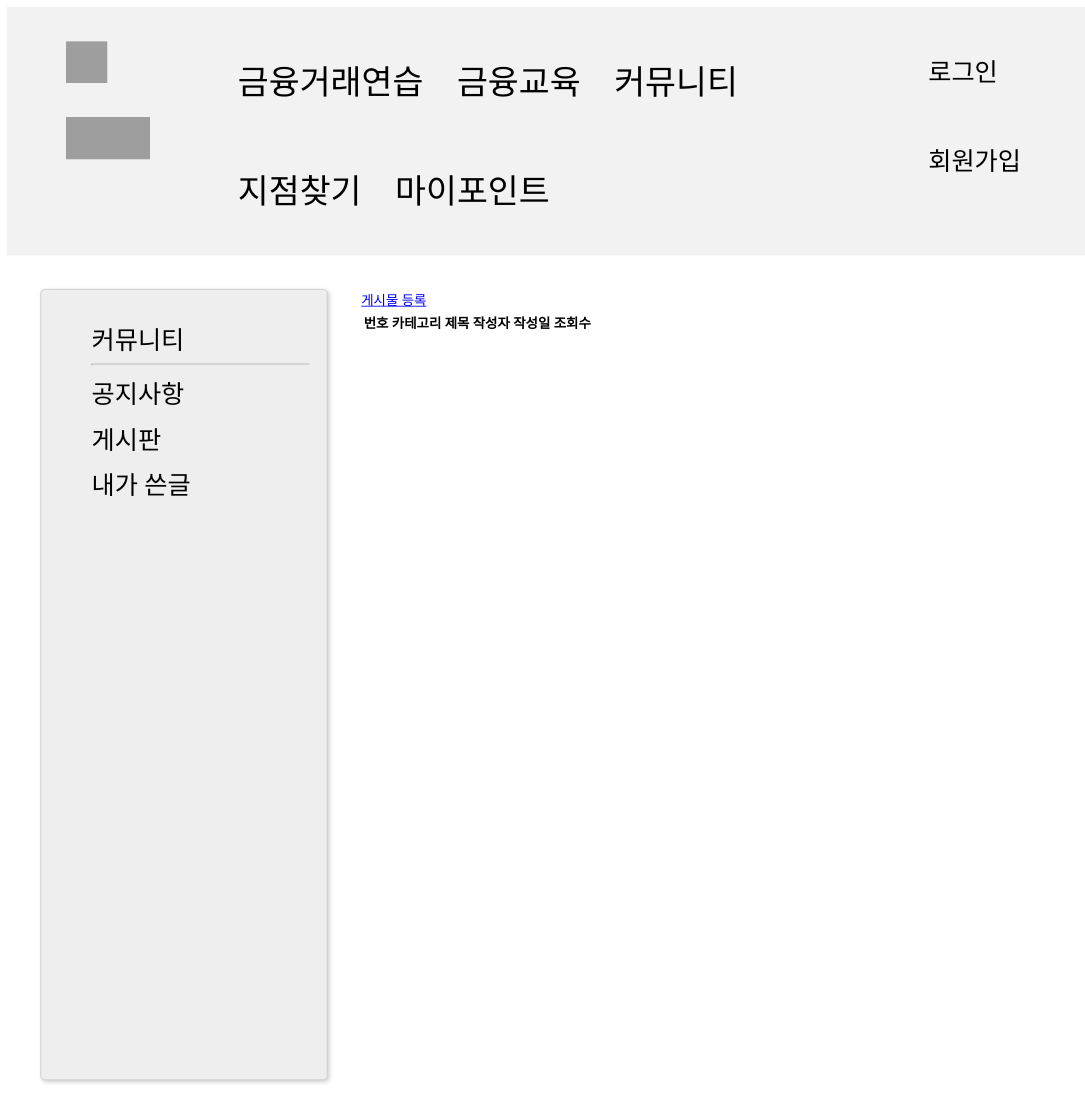
Repository: syc98syc/KB04_TeamProject
Page: http://localhost/jgig/WEB-INF/jsp/board/list.jsp
The author's editor kept a copy of each file at every save. The page is drawn from the files as they stood at one save, then again after the next save.
The browser window is 1280 px wide. The page is 1292 px wide, so the pictures cover 1292 px, including what lies to the right of the window. The pictures show the whole page, at 84% of full size.
Pictures or frames that could not be fetched are drawn as grey boxes. Some web fonts or font styles are not loaded; a fallback is used. The page is served by Tomcat 9. Nobody is signed in. Other server files are loaded and not shown. The template is opened directly, without the code that normally fills it, so the values that code supplies are empty.

Above is the page before, as saved 2023-09-06 04:42:50.

### jgig/src/main/webapp/WEB-INF/jsp/board/list.jsp
<%@ page language="java" contentType="text/html; charset=UTF-8"
    pageEncoding="UTF-8"%>
<%@ taglib uri="http://java.sun.com/jsp/jstl/core" prefix="c" %>
<!DOCTYPE html>
<html>
<head>
<meta charset="UTF-8">
<title>웹게시물 목록</title>
<style>
#content {
    flex-grow: 1; /* 남은 공간을 모두 차지하도록 설정 */
    background-color: #fff; /* 배경색 설정 */
    padding: 20px; /* 내부 여백 설정 */
    margin: 20px;
}
</style>
</head>
<body>
<%@ include file="../include/top_navbar.jsp" %>
<%@ include file="../include/left_navbar.jsp" %>
<div id="content">
	<a href="/board_insert_form">게시물 등록</a> <br>
	<table>
		<tr>
		<th>번호</th>
		<th>카테고리</th>
		<th>제목</th>
		<th>작성자</th>
		<th>작성일</th>
		<th>조회수</th>
		<c:forEach items="${board_list}" var="brd">
		<tr>
			<td>${brd.brd_id }</td>
			<td>${brd.brd_category }</td>
			<td><a href="board_detail?no=${brd.brd_id}">${brd.title}</a></td>
			<td>${brd.mem_id }</td>
			<td>${brd.brd_date_created }</td>
			<td>${brd.brd_view }</td>
		</tr>
		</c:forEach>
	</table>
</div>
</body>
</html>

### jgig/src/main/webapp/WEB-INF/jsp/include/top_navbar.jsp
<%@ page language="java" contentType="text/html; charset=UTF-8"
    pageEncoding="UTF-8"%>
<!DOCTYPE html>
<html>
<head>
<meta charset="UTF-8">
<title>Insert title here</title>
<style>
@import url('https://fonts.googleapis.com/css2?family=Nanum+Gothic+Coding:wght@700&display=swap');  /* 글꼴 */

/* 상단 메뉴 스타일 */
        #top-menu {
            background-color: #F2F2F2;
            color: #fff;
            padding: 10px;
            width: 100%;
             display: flex;
  justify-content: center;
        }


    #img1 {
		width: 7vmin;
		height: 7vmin;
	}


	#img2 {
		width: 14vmin;
		height: 7vmin;
	}

	#top-menu a {
    color: #000; /* 링크 글꼴 색상 설정 */
    text-decoration: none; /* 링크 밑줄 제거 */
}

	#top-menu ul{
		list-style: none;
	}
	#top-menu li{
		font-family: 'Nanum Gothic Coding', cursive;
		float: left;
		background: #F2F2F2;
		padding:5px 10px;
		font-size: 40px;
		margin: 10px;
	}

	#top-menu ul li a{
		line-height: 2.5;
	}

	#nav3 ul li{
		font-size:30px;
	}
</style>
</head>
<body>
	<div id = "top-menu">
		<nav id = "nav1">
				<ul>
					<li><img id="img1" src="../resources/img/KB.png"></li>
					<li><img id="img2" src="../resources/img/지금입금.png"></li>
				</ul>
		</nav id = "nav2">
		<nav>
				<ul>
					<li class="menu1"><a href="#">금융거래연습</a></li>
					<li class="menu2"><a href="#">금융교육</a></li>
					<li class="menu3"><a href="#">커뮤니티</a></li>
					<li class="menu4"><a href="#">지점찾기</a></li>
					<li class="menu5"><a href="#">마이포인트</a></li>
				</ul>
		</nav>
		<nav id = "nav3">
				<ul>
					<li class="menu6"><a href="#">로그인</a></li>
					<li class="menu7"><a href="#">회원가입</a></li>
				</ul>
		</nav>
	</div>

</body>
</html>

### jgig/src/main/webapp/WEB-INF/jsp/include/left_navbar.jsp
<%@ page language="java" contentType="text/html; charset=UTF-8"
    pageEncoding="UTF-8"%>
<!DOCTYPE html>
<html>
<head>
<meta charset="UTF-8">
<title>Insert title here</title>
<style>

@import url('https://fonts.googleapis.com/css2?family=Nanum+Gothic+Coding:wght@700&display=swap');  /* 글꼴 */
/* 좌측 사이드바 스타일 */
#sidebar {
    width: 300px; /* 박스 컨테이너의 너비 설정 */
    height: 900px; /* 박스 컨테이너의 높이 설정 */
    background-color: #eee; /* 배경색 설정 */
    color: #000; /* 글꼴 색상 설정 */
    padding: 20px; /* 내부 여백 설정 */
    border: 1px solid #ccc; /* 박스 컨테이너의 테두리 설정 */
    border-radius: 5px; /* 박스 컨테이너의 모서리를 둥글게 설정 */
    box-shadow: 2px 2px 5px rgba(0, 0, 0, 0.2); /* 그림자 효과 추가 */
    line-height: normal;
    display: inline-block;
    vertical-align: middle;
    margin: 40px;
    float: left; /*왼쪽에 떠있게*/
}

/* 좌측 사이드바 링크 스타일 */
#sidebar a {
    color: #000; /* 링크 글꼴 색상 설정 */
    text-decoration: none; /* 링크 밑줄 제거 */
}

/* 좌측 사이드바 링크 호버 스타일 */
#sidebar a:hover {
    text-decoration: underline; /* 호버 상태에서 밑줄 추가 */
}

/* 좌측 사이드바 제목 스타일 */
#sidebar
	ul{
		list-style: none;
	}
	li{
		font-family: 'Nanum Gothic Coding', cursive;
		display: block; /* 각 <li> 요소를 한 줄에 하나씩 표시 */
		background: #eee;
		font-size: 30px;
	}

	#sidebar ul li a{
		line-height: 1.8;
	}

</style>
</head>
<body>
	<div id = "sidebar">
		<nav>
				<ul>
					<li>커뮤니티</li> <hr>
					<li class="menu1"><a href="#">공지사항</a></li>
					<li class="menu2"><a href="#">게시판</a></li>
					<li class="menu3"><a href="#">내가 쓴글</a></li>
				</ul>
		</nav>
	</div>

</body>
</html>

After the next save:
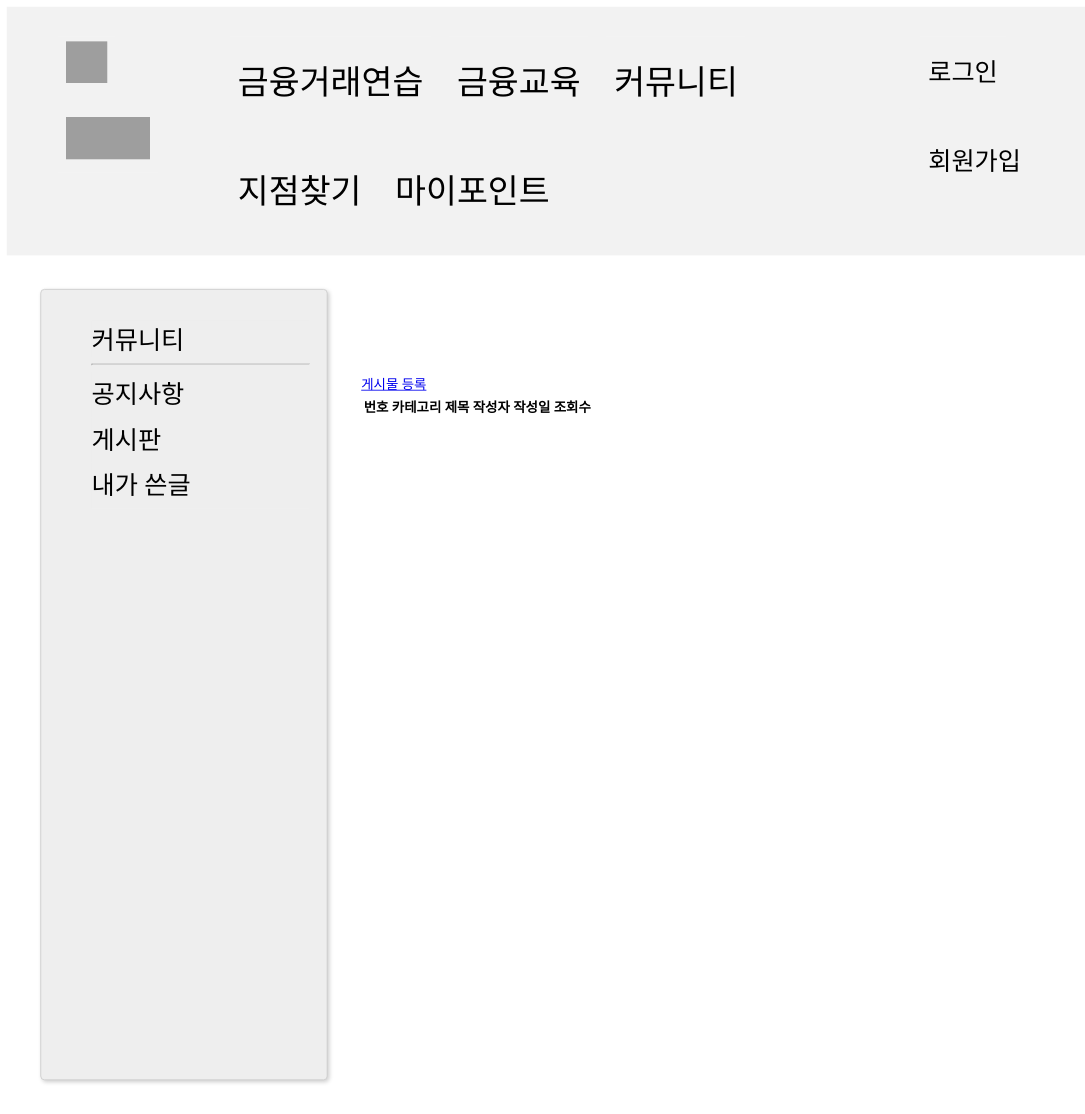
Saved 10 s later.
--- a/jgig/src/main/webapp/WEB-INF/jsp/board/list.jsp
+++ b/jgig/src/main/webapp/WEB-INF/jsp/board/list.jsp
@@ -11,7 +11,7 @@
     flex-grow: 1; /* 남은 공간을 모두 차지하도록 설정 */
     background-color: #fff; /* 배경색 설정 */
     padding: 20px; /* 내부 여백 설정 */
-    margin: 20px;
+    margin: 120px;
 }
 </style>
 </head>
